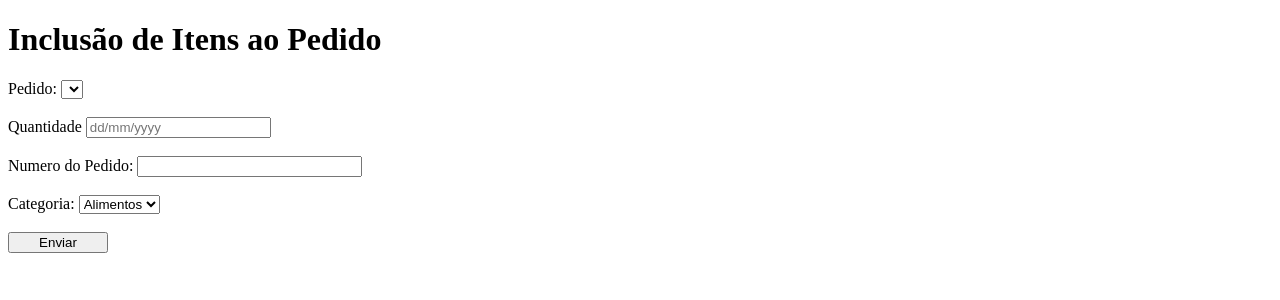
Repository: kelvincarvalho/Desenvolvimento_Java
Page: http://localhost/02_VendasJPA/cadInclusao.jsp
An editor plug-in stored every save of this project. The page is shown before and after the next save, followed by the edit.
The browser window is 1280 px wide. The pictures show the whole page.
The page is served by Tomcat 9. Other server files are loaded and not shown.

Above is the page before, as saved 2017-09-28 18:12:08.

### Modulo03/02_VendasJPA/WebContent/cadInclusao.jsp
<!DOCTYPE html>

<html>
<head>
<meta charset="UTF-8">
<title>Inclusão de Itens ao Pedidos</title>
</head>
<body>
	<%@ taglib uri="http://java.sun.com/jsp/jstl/core" prefix="c"%>
	<jsp:useBean id="clienteBean" class="br.com.seniorsolution.beans.BeanVendas"></jsp:useBean>

	<h1>Inclusão de Itens ao Pedido</h1>
	<form action="inclusao" method="post">

		<label for="cliente">Pedido:</label>

		<select name="pedido">
			<c:forEach var="item" items="${ClienteBean.listaPedidos }">
				<option value="${item.pedidoPK}">${item.pedidoPK}</option>
			</c:forEach>
		</select><br/><br/>

		<label>Quantidade </label>
		<input type="text" name="dataPedido" id="dataPedido" maxlength="10" placeholder="dd/mm/yyyy"/><br/><br/>

		<label>Numero do Pedido: </label>
		<input type="text" name="numeropedido" id="numeropedido" size="25"/><br/><br/>

		<label>Categoria: </label>
		<select name="categoria">
 			<option value="alim">Alimentos</option>
			<option value="roupas">Roupas</option>
			<option value="games">Games</option>
			<option value="outros">Outros</option>
		</select><br/><br/>


		<input type="submit" value="Enviar" style = "width:100px">

	</form>
	${mensagem}

</body>
</html>

### Modulo03/02_VendasJPA/src/br/com/seniorsolution/beans/BeanVendas.java
package br.com.seniorsolution.beans;

import java.util.List;

import br.com.seniorsolution.dao.GenericDao;
import br.com.seniorsolution.entidades.Cliente;
import br.com.seniorsolution.entidades.Pedido;

public class BeanVendas {

	public List<Cliente>getListaClientes(){
		GenericDao<Cliente> dao = new GenericDao<>(Cliente.class);

		return dao.listar();
	}

	public List<Pedido>getListaPedidos(){
		GenericDao<Pedido> dao = new GenericDao<>(Pedido.class);

		return dao.listar();
	}
}

After the next save:
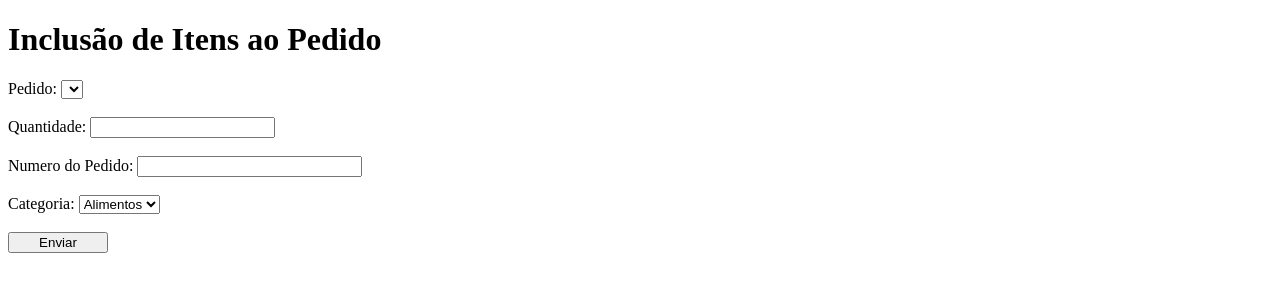
Saved 76 s later.
--- a/Modulo03/02_VendasJPA/WebContent/cadInclusao.jsp
+++ b/Modulo03/02_VendasJPA/WebContent/cadInclusao.jsp
@@ -20,8 +20,8 @@
 			</c:forEach>
 		</select><br/><br/>
 
-		<label>Quantidade </label>
-		<input type="text" name="dataPedido" id="dataPedido" maxlength="10" placeholder="dd/mm/yyyy"/><br/><br/>
+		<label>Quantidade: </label>
+		<input type="text" name="quantidade" id="quantidade" maxlength="1000"/><br/><br/>
 
 		<label>Numero do Pedido: </label>
 		<input type="text" name="numeropedido" id="numeropedido" size="25"/><br/><br/>
